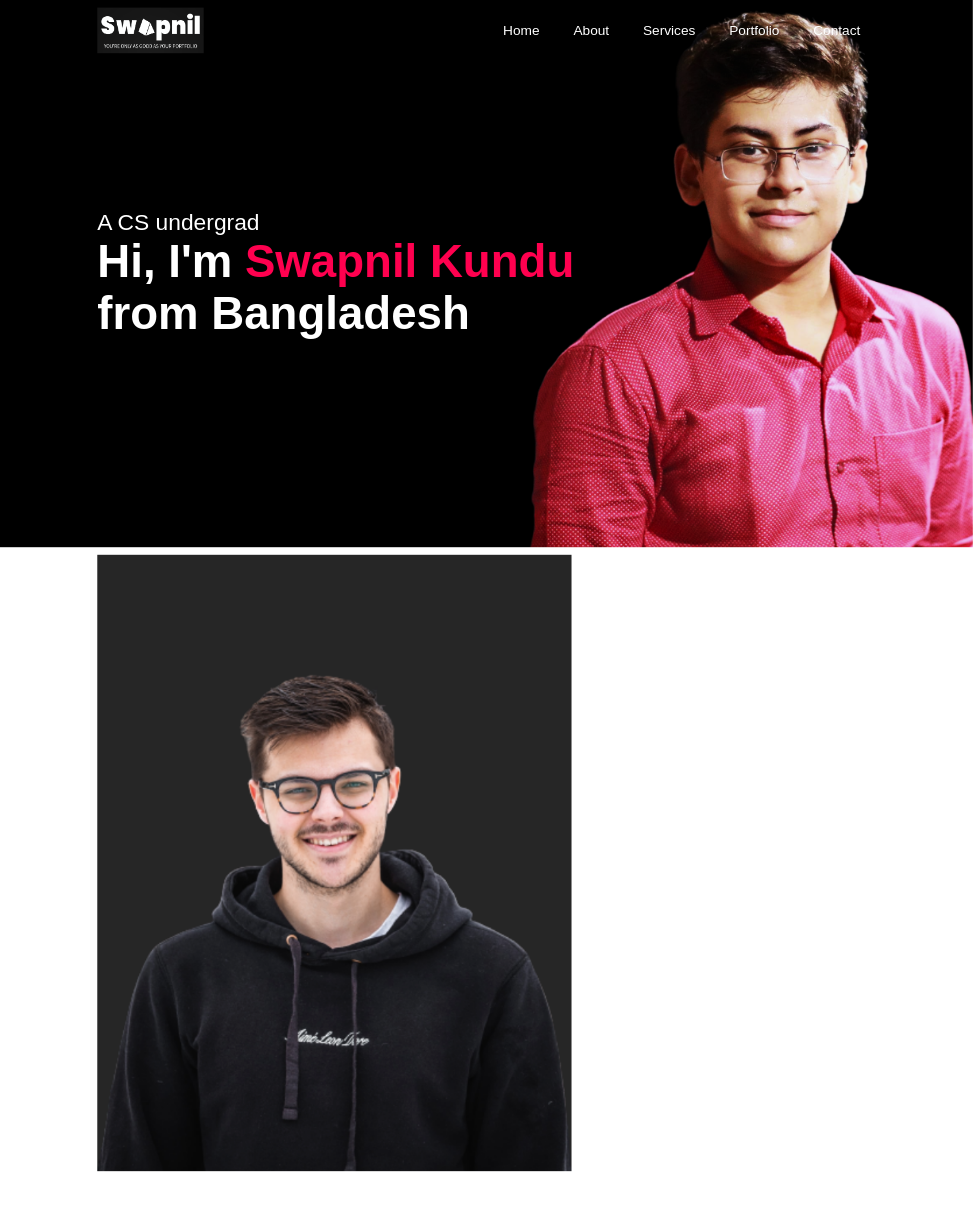
Repository: SwapnilKundu/portfolio
Page: index.html
The author's editor kept a copy of each file at every save. The page is drawn from the files as they stood at one save, then again after a run of saves.
The browser window is 1280 px wide. The pictures show the whole page, at 76% of full size.

Above is the page before, as saved 2024-01-19 10:17:41.

After the next 4 saves:
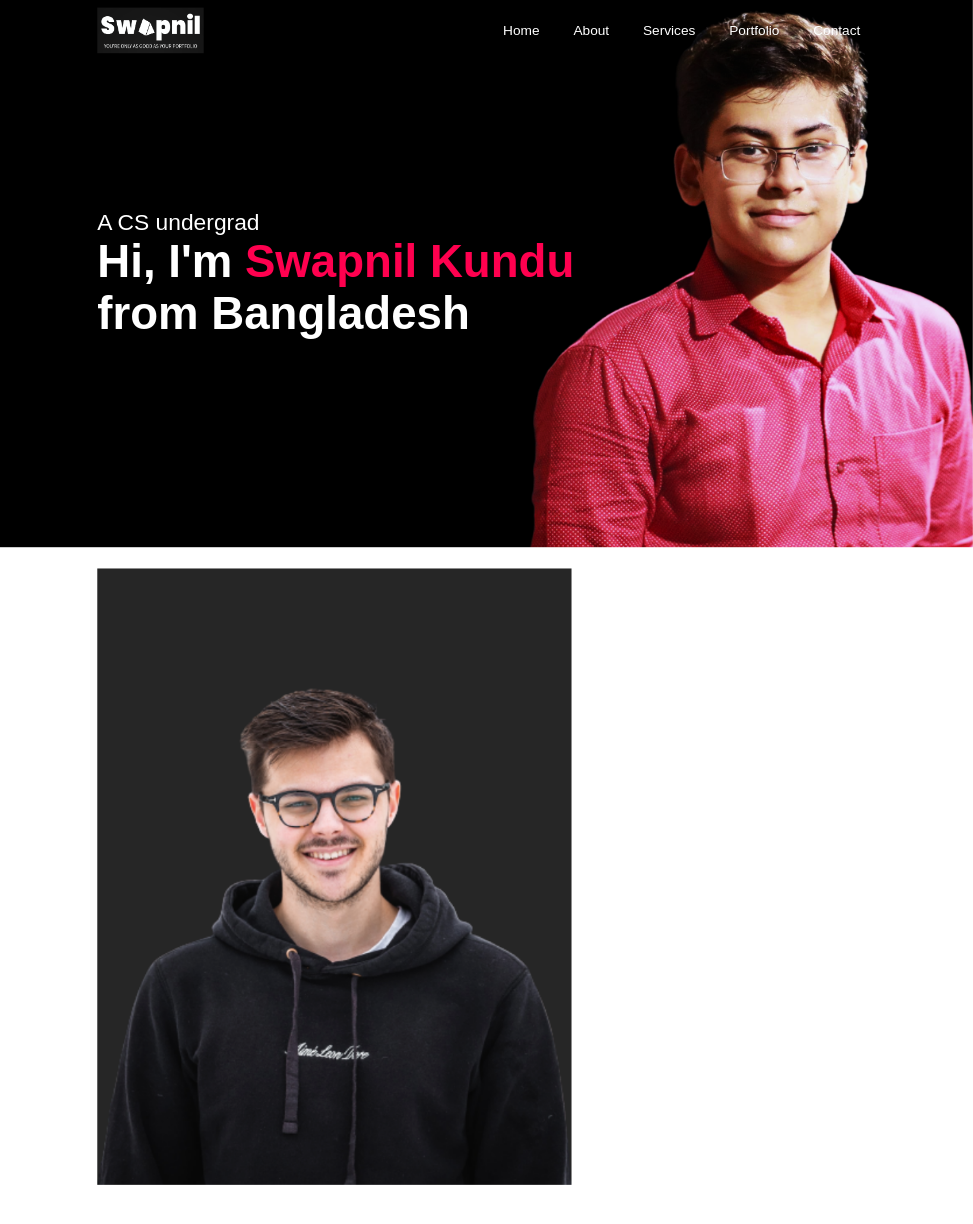
The 4 saves are shown as one change because they came seconds apart.
The last was saved 33 s later.
--- a/index.html
+++ b/index.html
@@ -25,9 +25,8 @@
             <h1>Hi, I'm <span>Swapnil Kundu</span> <br> from Bangladesh</h1>
         </div>
     </div>
-
-
   </div>
+  -----
   <div id ="about">
     <div class ="container">
 
